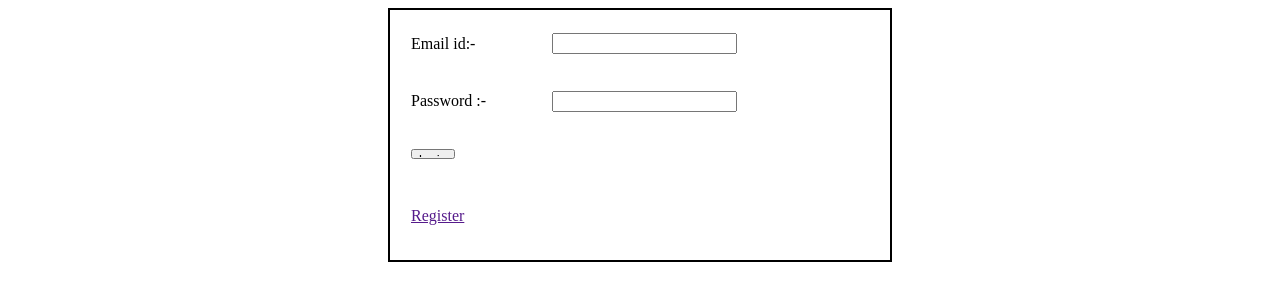
Repository: ShivrajMPujari/ServletApplication
Page: http://localhost/LoginReg/
These files come from the project's save history. The page is drawn as it stood at one moment and after the next save; the edit follows.
The browser window is 1280 px wide. The pictures show the whole page.
The page is served by Tomcat 9.

Above is the page before, as saved 2018-07-09 06:04:33.

After the next save:
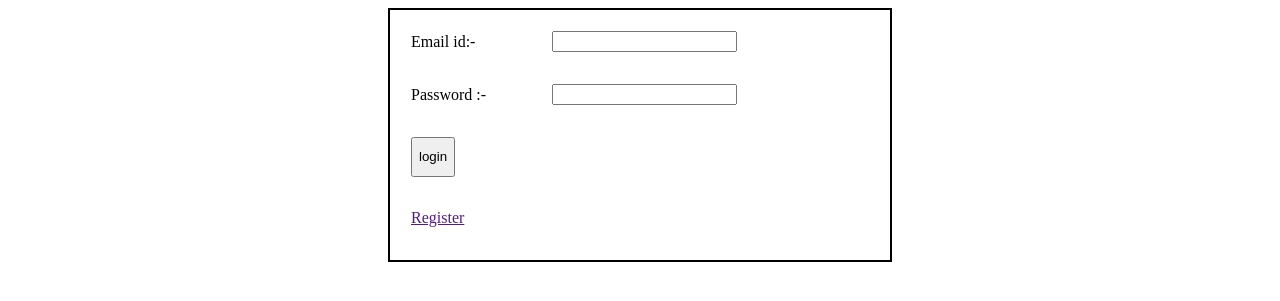
Saved 10 s later.
--- a/LoginReg/WebContent/index.css
+++ b/LoginReg/WebContent/index.css
@@ -17,6 +17,6 @@ tr{
 	height: 30px;
 }
 .submitButton{
-	height:10px;
+	height:40px;
 
 }
